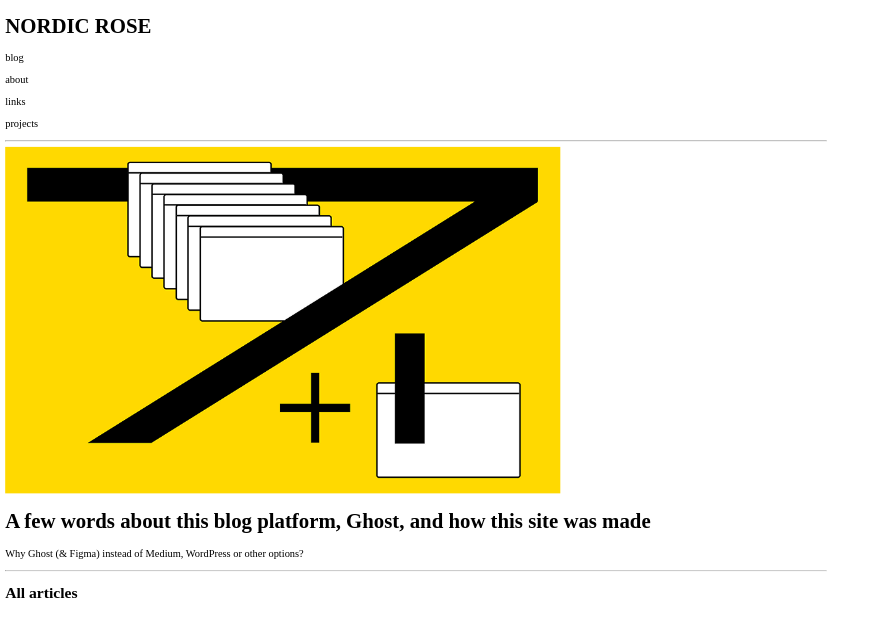
Repository: ThuTrang-jvb/JVB-BT1
Page: Page 2/listing.html
These files come from the project's save history. The page is drawn as it stood at one moment and after a run of saves; the edit follows.
The browser window is 1280 px wide. The page is 1280 px wide, then 1374 px, so the pictures cover 1374 px, including what lies to the right of the window. The pictures show the whole page, at 65% of full size.

Above is the page before, as saved 2025-06-24 13:48:51.

After the next 2 saves:
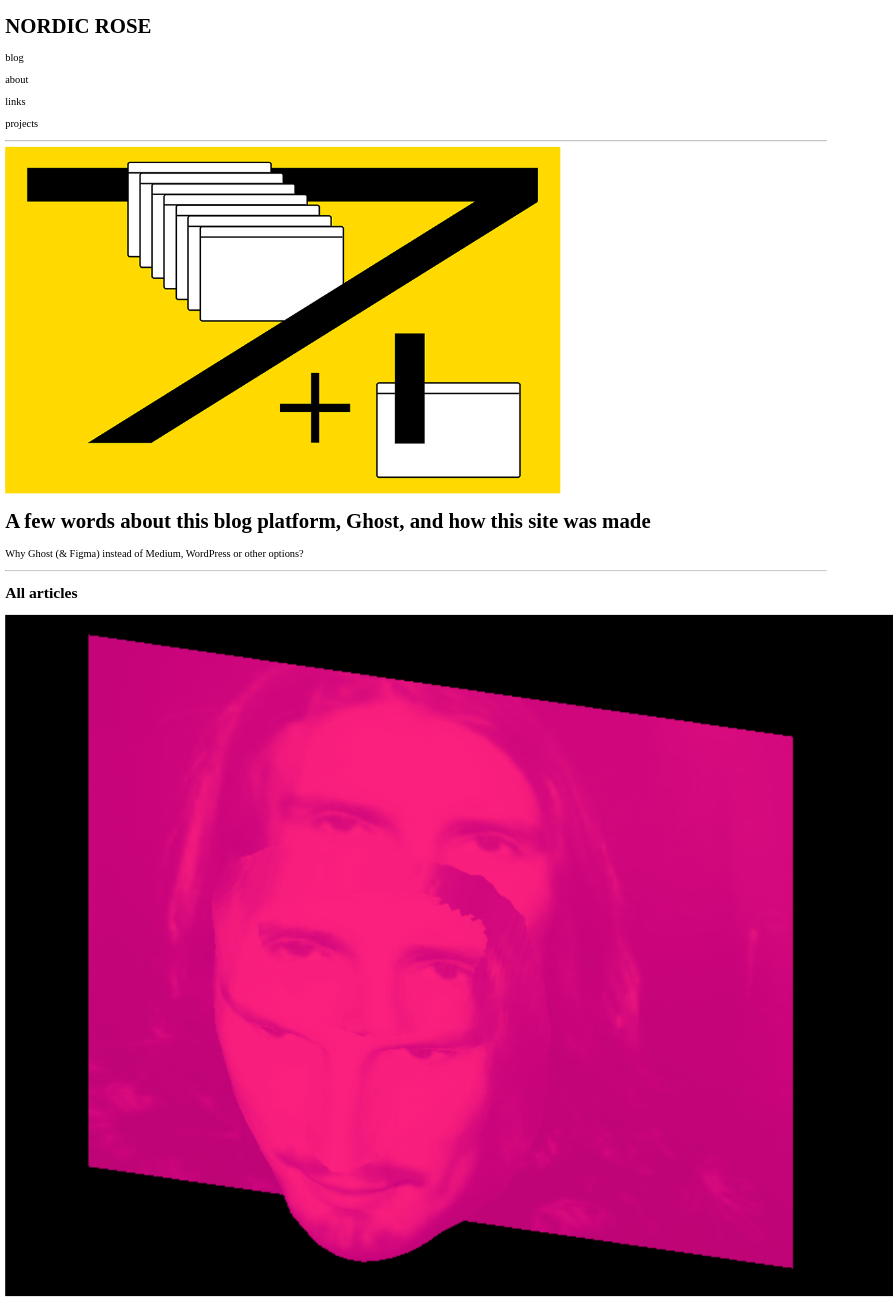
The 2 saves are shown as one change because they came seconds apart.
The last was saved 14 s later.
--- a/Page 2/listing.html
+++ b/Page 2/listing.html
@@ -24,7 +24,7 @@
         <div>
             <h2>All articles</h2>
             <div>
-                <img src="" alt="">
+                <img src="image/image.png" alt="">
             </div>
         </div>
     </div>
